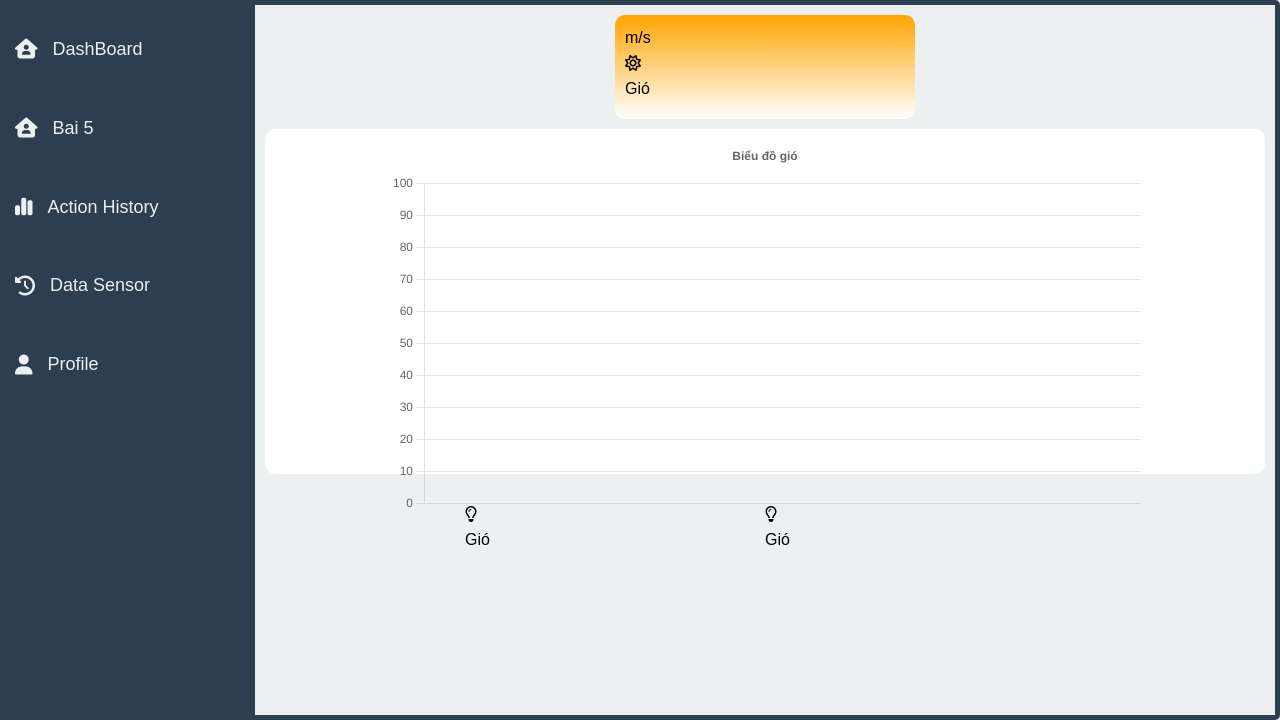
Repository: duongnoob23/duyyyy
Page: /bai5 (app in iot/)
An editor plug-in stored every save of this project. The page is shown before and after the next save, followed by the edit.
The browser window is 1280 px wide. The pictures show the whole page.
The page's requests for data from a server got no answer. Some web libraries are served in a nearby version. The project was rebuilt for these pictures with package versions that can differ from the ones it lists, and the page was loaded fresh each time. No one was signed in, and anything a server would have sent is missing. Also part of the build but not shown: iot/src/App.css, iot/src/Components/Doughnut/GaugeChart.js, iot/src/Components/LineChart/LineChartECharts.js, iot/src/Pages/Home/Home.js, iot/src/Pages/DataLogs/DataLogs.js, iot/src/Pages/Profile/Profile.css, iot/src/Pages/Profile/Profile.js, iot/src/Pages/Action/Action.js and 1 more.

Above is the page before, as saved 2024-12-02 21:12:43.

After the next save:
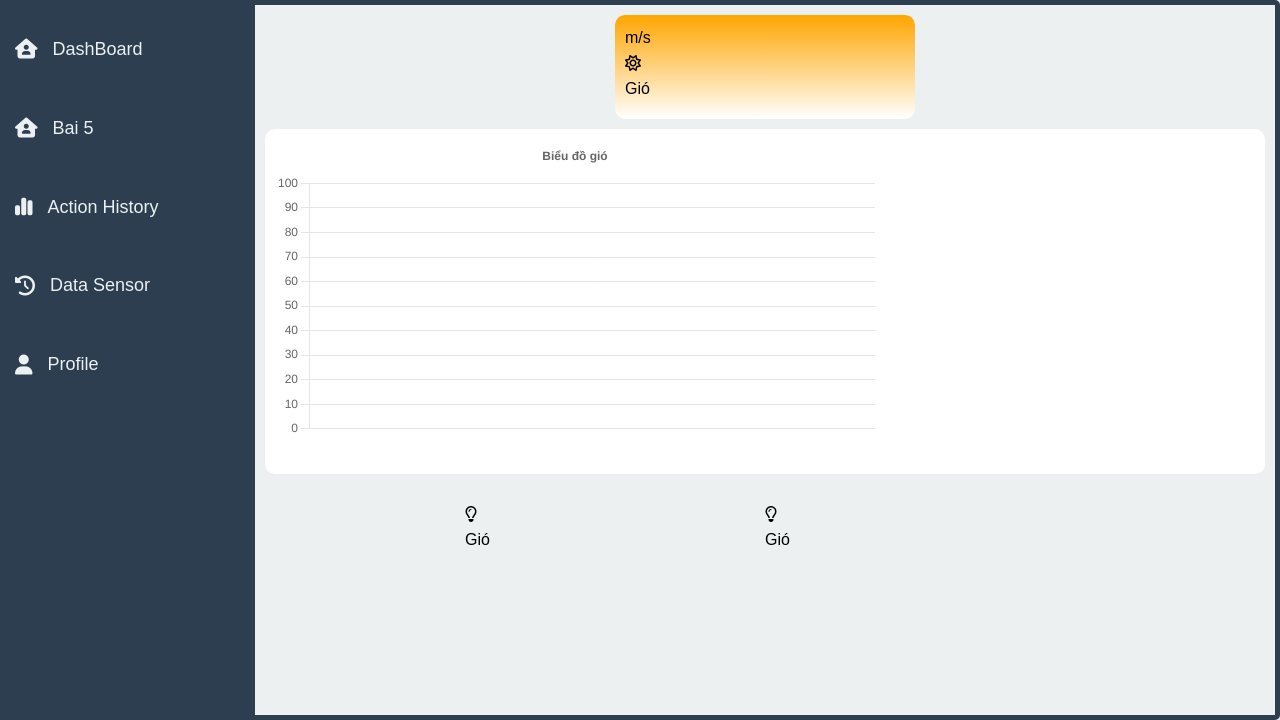
Saved 76 s later.
--- a/iot/src/Components/LineChart/LineChartFix.js
+++ b/iot/src/Components/LineChart/LineChartFix.js
@@ -87,9 +87,10 @@ const LineChartFix = ({onDataUpdate}) => {
 
 
   return (
-    <div style={{ maxWidth: '750px', margin: '0 auto' }}>
-      <Line data={dataChart} options={options}  />
+    <div style={{ width: '100%', height: '300px', margin: '0 auto' }}>
+      <Line data={dataChart} options={options} />
     </div>
+
   );
 };
 
